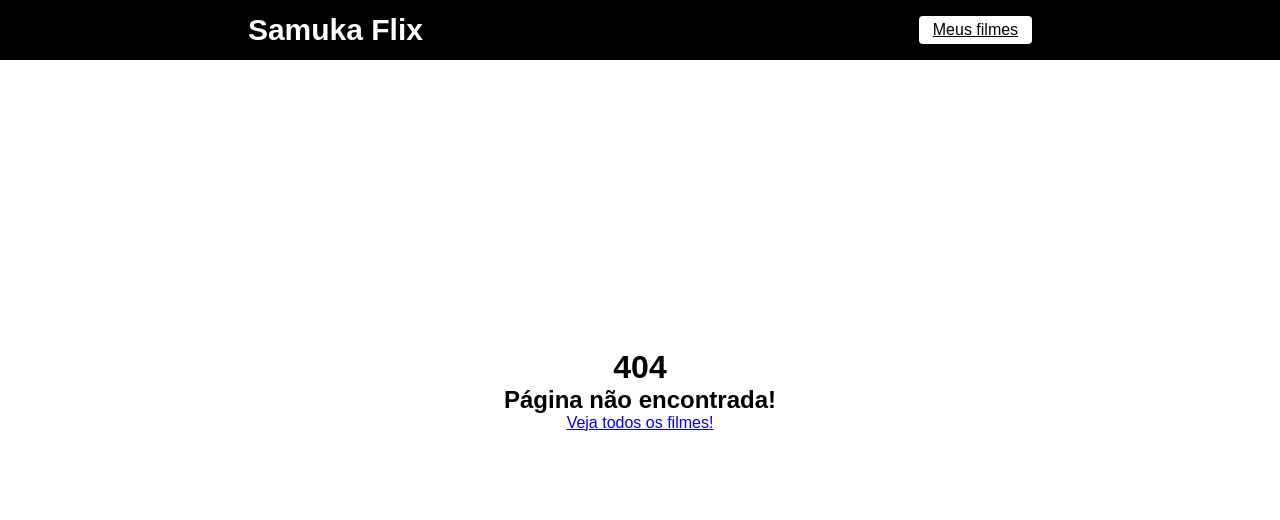
Repository: devsamuel23/primeflix_git
Page: /favoritos
The author's editor kept a copy of each file at every save. The page is drawn from the files as they stood at one save, then again after the next save.
The browser window is 1280 px wide. The pictures show the whole page.
The project was rebuilt for these pictures with package versions that can differ from the ones it lists, and the page was loaded fresh each time. Also part of the build but not shown: src/pages/Home/home.css, src/pages/Home/index.js, src/pages/Filme/index.js.

Above is the page before, as saved 2023-05-19 23:43:37.

### src/index.css
*{
  padding: 0;
  margin: 0;
  box-sizing: border-box;
}
body{
  font-family: sans-serif;
}

.app{
  display: flex;
  width: 100%;
  justify-content: center;
  align-items: center;
  flex-direction: column;
}

### src/App.js
import RoutesApp from "./routes";

function App() {
  return (
  <div className="App">
    <RoutesApp/>
    </div>
    );
}

export default App;

### src/routes.js
import { BrowserRouter, Routes, Route } from "react-router-dom";


import Home from './pages/Home'

import Filme from "./pages/Filme";
import Header from "./components/Header";
import Erro from './pages/Erro'
function RoutesApp(){
    return (
      <BrowserRouter>
      <Header/>
        <Routes>
          <Route path="/" element={<Home />} />
          <Route path="/filme/:id" element={<Filme />} />

          <Route path="*" element={ <Erro/>} />
        </Routes>
      </BrowserRouter>
    );
}

export default RoutesApp;

### src/components/Header/index.js
import { Link } from "react-router-dom";
import "./header.css"
function Header(){
    return(
        <header>
            <Link className="logo" to="/">Samuka Flix</Link>
            <Link className="favoritos" to="/favoritos">Meus filmes</Link>
        </header>
    )
}

export default Header;

### src/pages/Erro/index.js
import { Link } from 'react-router-dom'
import '../Erro/Erro.css'

function Erro(){
    return(
        <div className="not-found">
            <h1>404</h1>
            <h2>Página não encontrada!</h2>
            <Link to="/"> Veja todos os filmes!</Link>
        </div>
    )
}

export default Erro;

### src/components/Header/header.css
header{
    display: flex;
    align-items: center;
    justify-content: space-around;
    width: 100%;
    height: 60px;
    background-color: #000000;
}

.logo{
    text-decoration: none;
    font-size: 30px;
    cursor: pointer;
    color: #fff;
    font-weight: bold;
}
.favoritos{
    cursor: pointer;
    background-color: #fff;
    padding: 5px 14px;
    color: #000000;
    border-radius: 4px;
}

### src/pages/Erro/Erro.css
.not-found{
    width: 100%;
    height: calc(100vh - 60px);
    display: flex;
    justify-content: center;
    align-items: center;
    flex-direction: column;
}

.not-found h1{
    font-size: ;
}

Loaded but not shown: public/index.html (common file); src/index.js (common file)

After the next save:
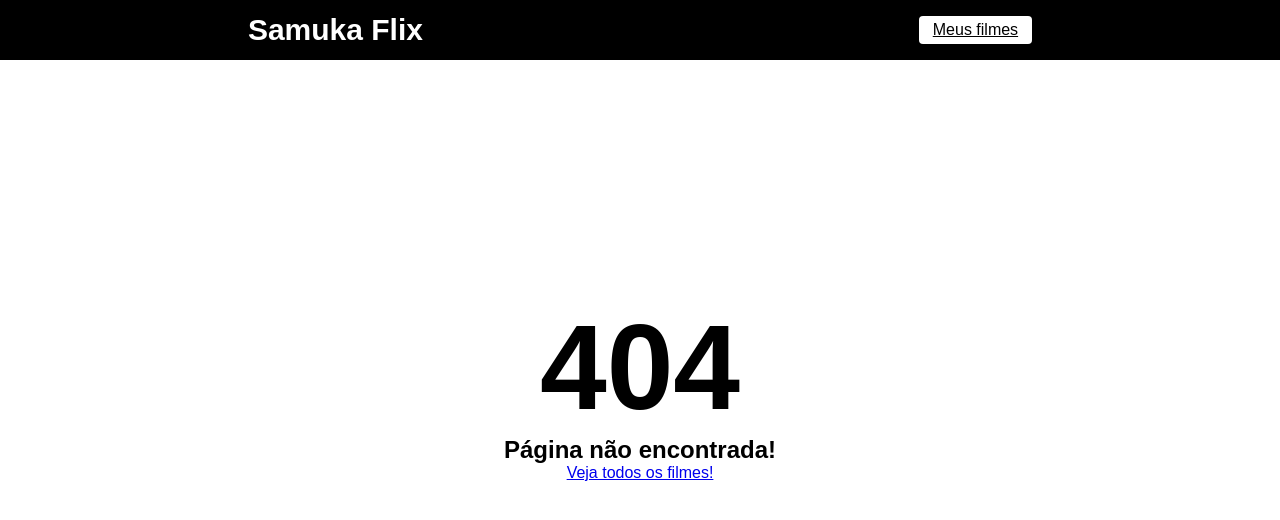
Saved 5 s later.
--- a/src/pages/Erro/Erro.css
+++ b/src/pages/Erro/Erro.css
@@ -8,5 +8,5 @@
 }
 
 .not-found h1{
-    font-size: ;
+    font-size: 120px;
 }
